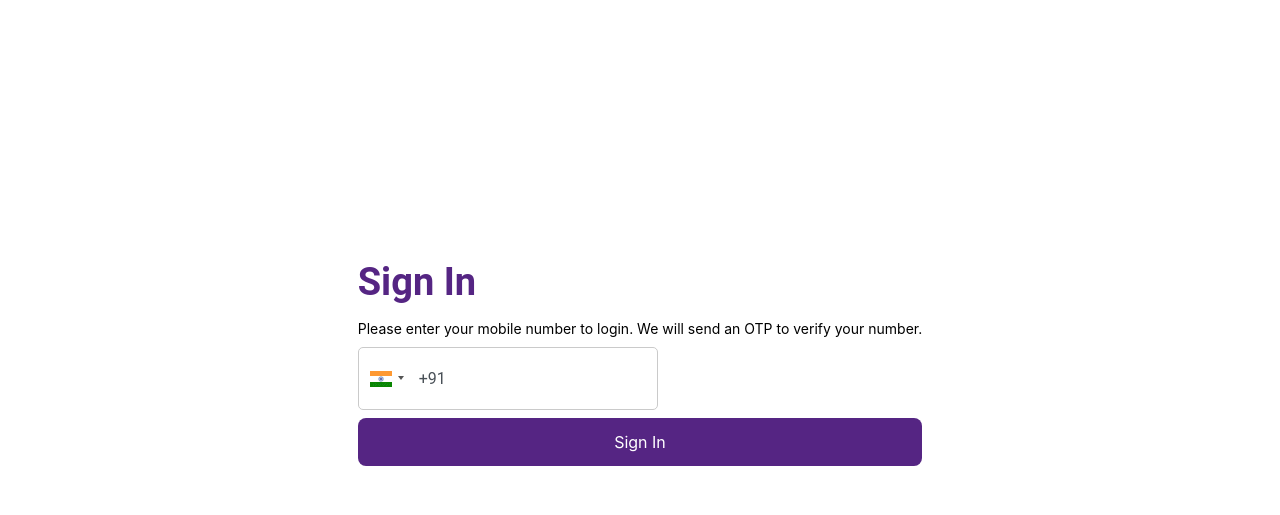
Repository: jayaprakash27/helloar-task
Page: /
An editor plug-in stored every save of this project. The page is shown before and after the next save, followed by the edit.
The browser window is 1280 px wide. The pictures show the whole page.
The project was rebuilt for these pictures with package versions that can differ from the ones it lists, and the page was loaded fresh each time.

Above is the page before, as saved 2023-10-26 23:48:31.

After the next save:
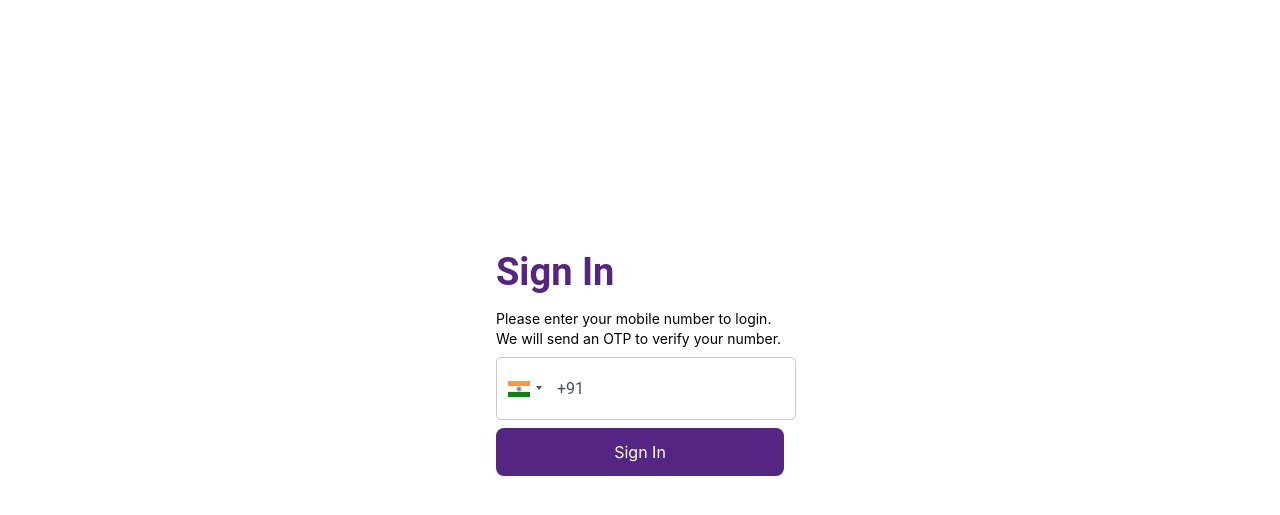
Saved 17 s later.
--- a/src/components/Login.jsx
+++ b/src/components/Login.jsx
@@ -41,7 +41,7 @@
 
   return (
     <div className="login-page">
-      <div className=" login-box flex flex-col w-76 gap-2">
+      <div className=" login-box flex flex-col w-72 gap-2">
         <h1 className=" text-primary-color font-semibold"> Sign In</h1>
         <p className=" text-sm">
           Please enter your mobile number to login. We will send an OTP to

After the save that followed:
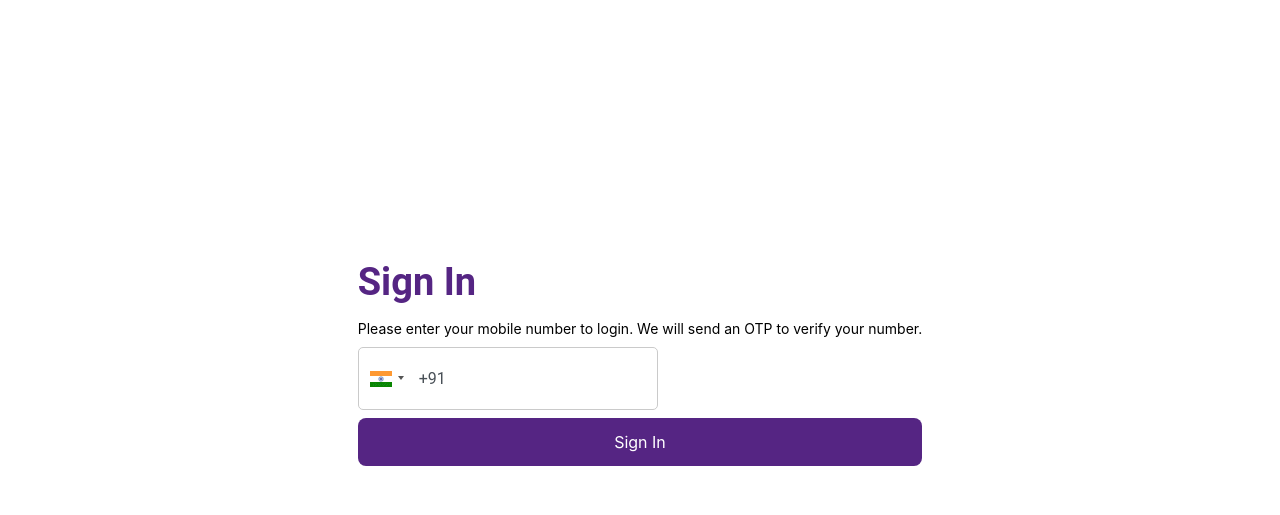
Saved 6 s later.
--- a/src/components/Login.jsx
+++ b/src/components/Login.jsx
@@ -41,7 +41,7 @@
 
   return (
     <div className="login-page">
-      <div className=" login-box flex flex-col w-72 gap-2">
+      <div className=" login-box flex flex-col w-76 gap-2">
         <h1 className=" text-primary-color font-semibold"> Sign In</h1>
         <p className=" text-sm">
           Please enter your mobile number to login. We will send an OTP to
